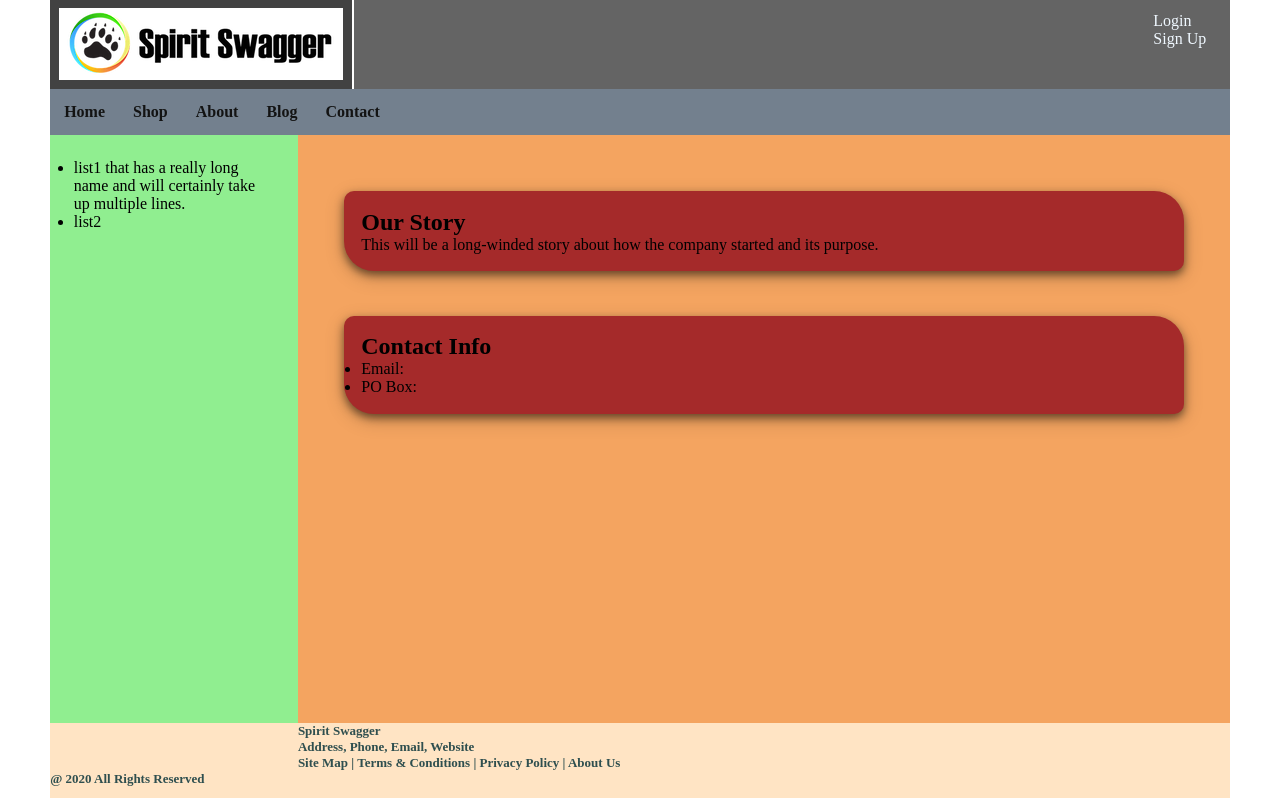
Repository: Kdewitt2/swaggersite
Page: http://localhost/about/
These files come from the project's save history. The page is drawn as it stood at one moment and after the next save; the edit follows.
The browser window is 1280 px wide. The pictures show the whole page.
The page is served by the project's application, run on Django 3.2 (manage.py).

Above is the page before, as saved 2020-10-31 10:10:51.

After the next save:
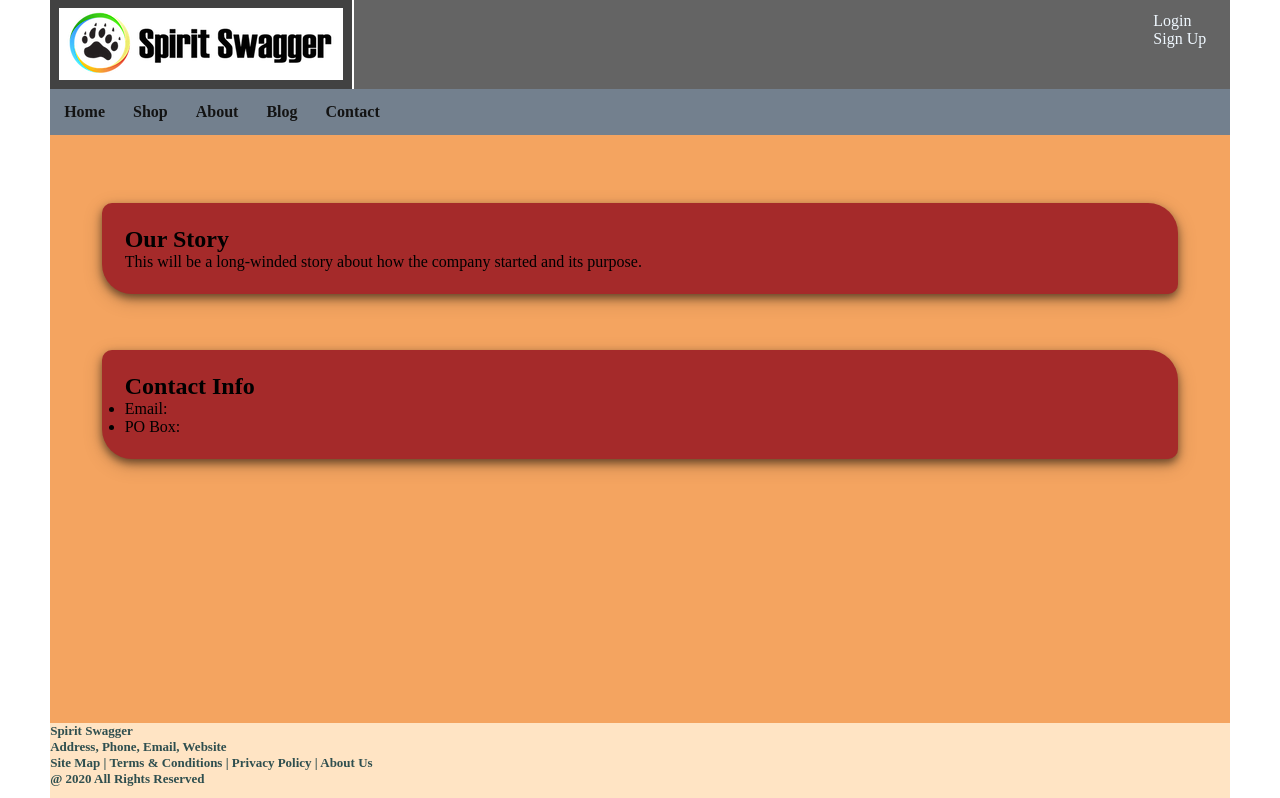
Saved 75 s later.
--- a/about/templates/about/index.html
+++ b/about/templates/about/index.html
@@ -31,15 +31,6 @@
         </nav>
     </div>
 
-<!---------------->
-<!-- Filter Bar -->
-<!---------------->
-    <div id="filterbar">
-        <ul>
-            <li> list1 that has a really long name and will certainly take up multiple lines.</li>
-            <li> list2 </li>
-        </ul>
-    </div>
 
 <!------------------>
 <!-- Main Content -->
